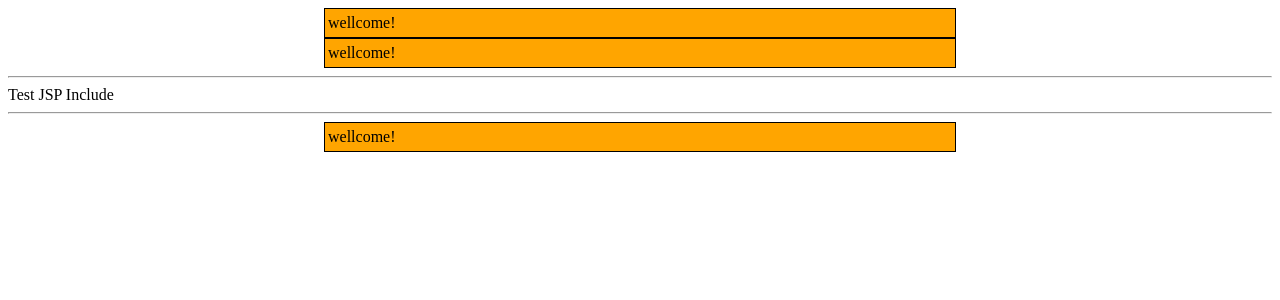
Repository: suzume1203/test
Page: http://localhost/JspProject/TestInclude.jsp
The author's editor kept a copy of each file at every save. The page is drawn from the files as they stood at one save, then again after the next save.
The browser window is 1280 px wide. The pictures show the whole page.
The page is served by Tomcat 10. Nobody is signed in. The application's start-up code is not run.

Above is the page before, as saved 2023-03-08 02:52:14.

After the next save:
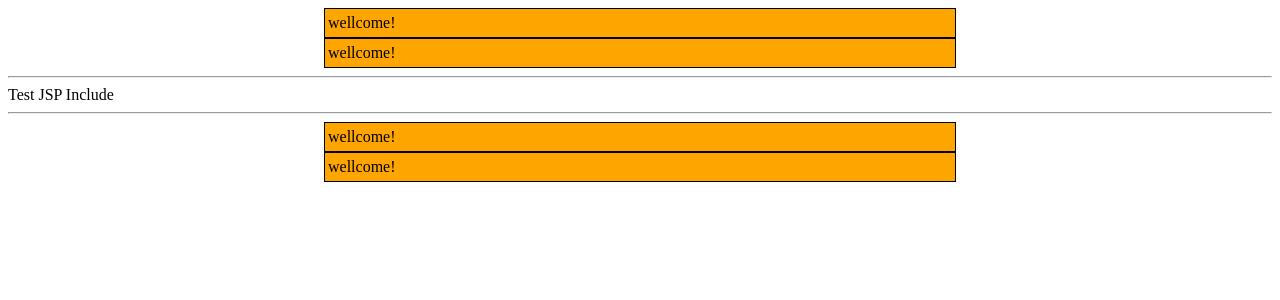
Saved 18 s later.
--- a/JspProject/src/main/webapp/TestInclude.jsp
+++ b/JspProject/src/main/webapp/TestInclude.jsp
@@ -16,3 +16,4 @@ Test JSP Include
 <%@ include file="shareresourse/TestHeadPage.jsp"%>
 </body>
 </html>
+<%@ include file="shareresourse/TestHeadPage.jsp"%>
